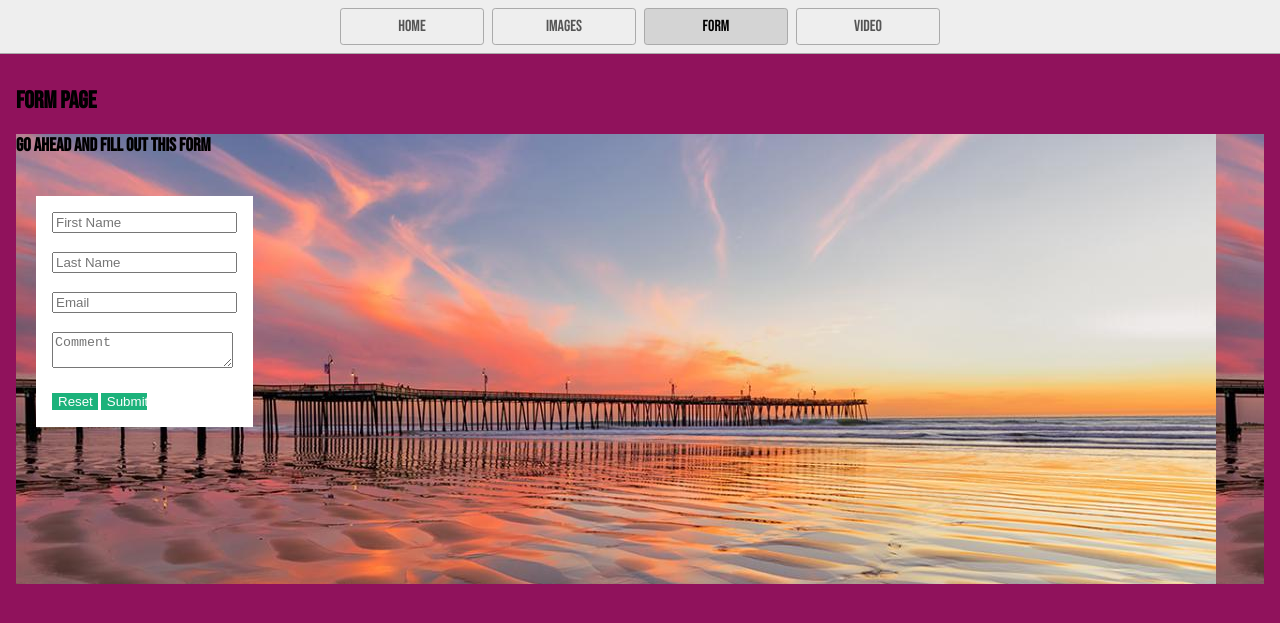
Repository: sebas6292/palmTree-Final
Page: Form.html
These files come from the project's save history. The page is drawn as it stood at one moment and after the next save; the edit follows.
The browser window is 1280 px wide. The pictures show the whole page.

Above is the page before, as saved 2023-05-28 12:33:19.

### Form.html
<!DOCTYPE html>
<html lang="en">
  <head>
    <title>Home</title>
    <meta charset="UTF-8" />
    <meta name="viewport" content="width=device-width" />

    <link rel="preconnect" href="https://fonts.googleapis.com">
    <link rel="preconnect" href="https://fonts.gstatic.com" crossorigin>
    <link href="https://fonts.googleapis.com/css2?family=Bebas+Neue&display=swap" rel="stylesheet">
    <link rel="stylesheet" href="styles.css" />

  </head>
  <body>
    <nav>
      <a href="/Home.html">Home</a>
      <a href="/Images.html">Images</a>
      <a href="/Form.html" aria-current="page">Form</a>
      <a href="/Video.html">Video</a>
    </nav>
    <main>
      <h1>Form page</h1>
      <div class="bg-img">
      <h3>Go ahead and fill out this form</h3>
      <form action="/Home.html" target="_blank" class="form-container">

        <input type="text" id="fname" name="fname" placeholder="First Name"><br>
        <br>
        <input type="text" id="lname" name="lname" placeholder="Last Name" ><br>
        <br>
        <input type="text" id="email" name="email" placeholder="Email"><br>
        <br>

        <textarea id="comment" placeholder='Comment' name="comment" ></textarea>
        <br>
        <br>
        <input class="btn" type="reset" value="Reset">
        <input class="btn" type="submit" value="Submit">
      </form>
    </div>
    </main>
  </body>
</html>

### styles.css
* {
    box-sizing: border-box;
  }

  body {
    margin: 0;
    font-family: 'Bebas Neue', sans-serif;
    color: black;
    background-color: white;
  }
  @keyframes body {
    0%   {background-color: white;}
    25%  {background-color: brown}
    50%  {background-color: purple;}
    100% {background-color: black;}
  }
  body {
    background-color: white;
    animation-name: body;
    animation-duration: 15s;
  }

  nav {
    display: flex;
    flex-wrap: wrap;
    align-items: center;
    justify-content: center;
    padding: 0.5rem;
    gap: 0.5rem;
    border-bottom: solid 1px #aaa;
    background-color: #eee;
  }

  nav a {
    display: inline-block;
    min-width: 9rem;
    padding: 0.5rem;
    border-radius: 0.2rem;
    border: solid 1px #aaa;
    text-align: center;
    text-decoration: none;
    color: #555;
  }

  nav a[aria-current='page'] {
    color: #000;
    background-color: #d4d4d4;
  }

  main {
    padding: 1rem;
  }

  h1 {
    font-weight: bold;
    font-size: 1.5rem;
  }

  .bg-img {
    background-image: url('/Assets/pier2.jpeg');
    height: 450px;
  }

  .form-container {
    position: absolute;
    margin: 20px;
    max-width: 300px;
    padding: 16px;
    background-color: white;
  }
  input[type=text], input[type=password], input[type=] {
    width: 100%;
    padding: 8px;
    margin: 5px 0 22px 0;
    border: none;
    background: #f1f1f1;
  }
  .btn {
    background-color: #04AA6D;
    color: white;
    /* padding: 16px 20px; */
    border: none;
    cursor: pointer;
    width: 25%;
    opacity: 0.9;
  }

  .btn:hover {
    opacity: 1;
  }
  /* .btn:hover {
    background-color: whitesmoke;
    color: red
  }

  img:hover {
    width: 300px;
  }
   */

After the next save:
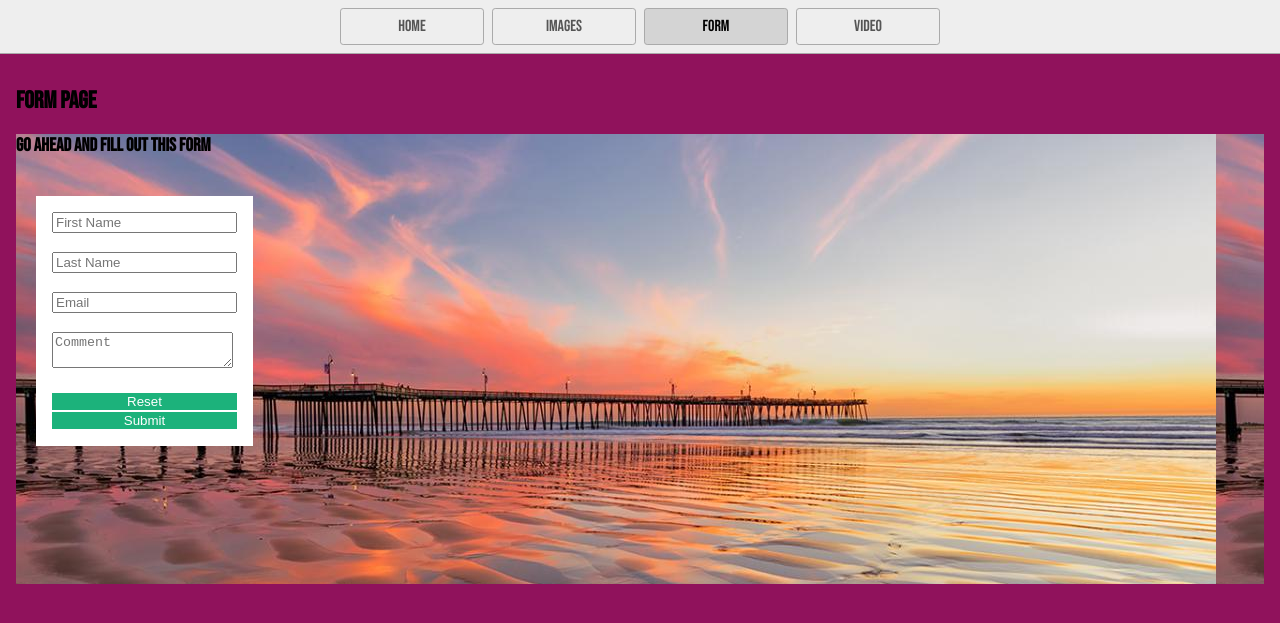
Saved 6 s later.
--- a/styles.css
+++ b/styles.css
@@ -81,7 +81,7 @@
     /* padding: 16px 20px; */
     border: none;
     cursor: pointer;
-    width: 25%;
+    width: 100%;
     opacity: 0.9;
   }
 
